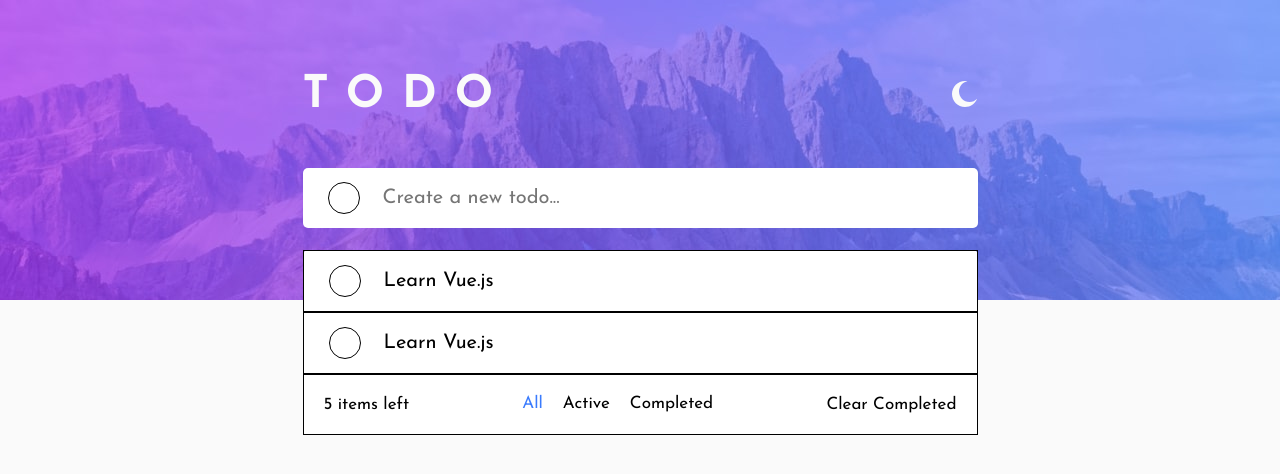
Repository: tomas938/todo-app
Page: /
The author's editor kept a copy of each file at every save. The page is drawn from the files as they stood at one save, then again after the next save.
The browser window is 1280 px wide. The pictures show the whole page.
The project was rebuilt for these pictures with package versions that can differ from the ones it lists, and the page was loaded fresh each time.

Above is the page before, as saved 2021-08-18 12:02:36.

After the next save:
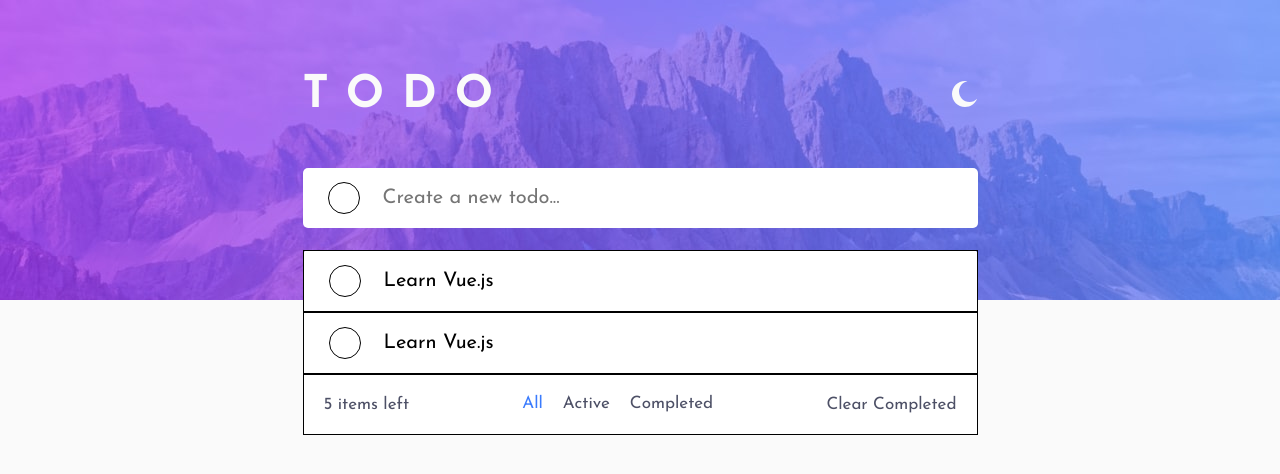
Saved 41 s later.
--- a/src/components/Todos.vue
+++ b/src/components/Todos.vue
@@ -101,6 +101,7 @@ main {
 		}
 	}
 	span {
+		color: $very-dark-grayish-blue--dark;
 		cursor: pointer;
 		font-size: 1.7rem;
 	}
